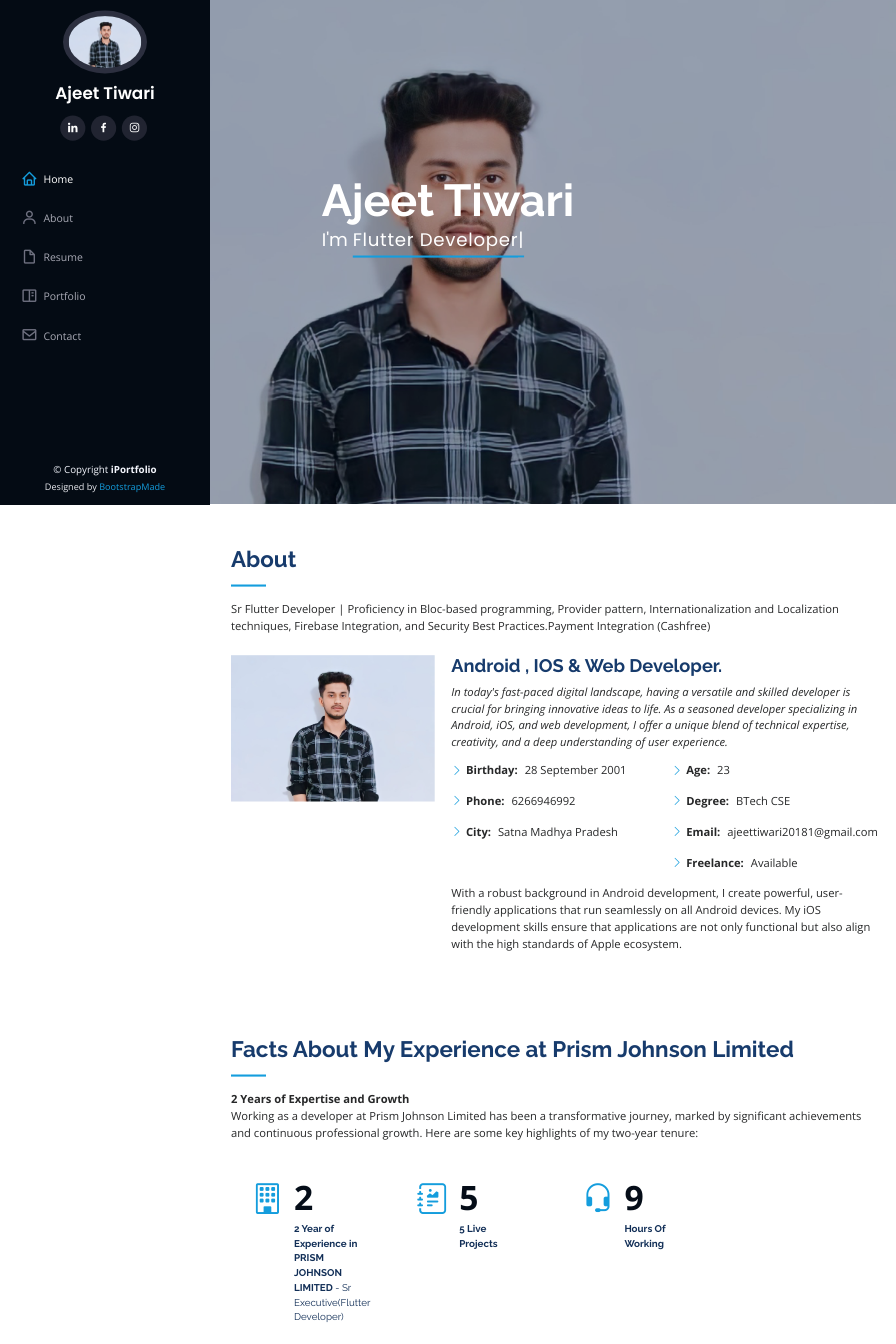
Repository: ajeettiwari-2809/iPortfolio
Page: index.html
The author's editor kept a copy of each file at every save. The page is drawn from the files as they stood at one save, then again after the next save.
The browser window is 1280 px wide. The pictures show the part of the page from y = 0 to 1920 px (the page is 5395 px tall), at 70% of full size.
A picture or video elsewhere on the page could not be fetched, so the positions and the page height are approximate. Backgrounds fixed to the window are drawn as part of the page.

Above is the page before, as saved 2024-06-05 15:16:11.

After the next save:
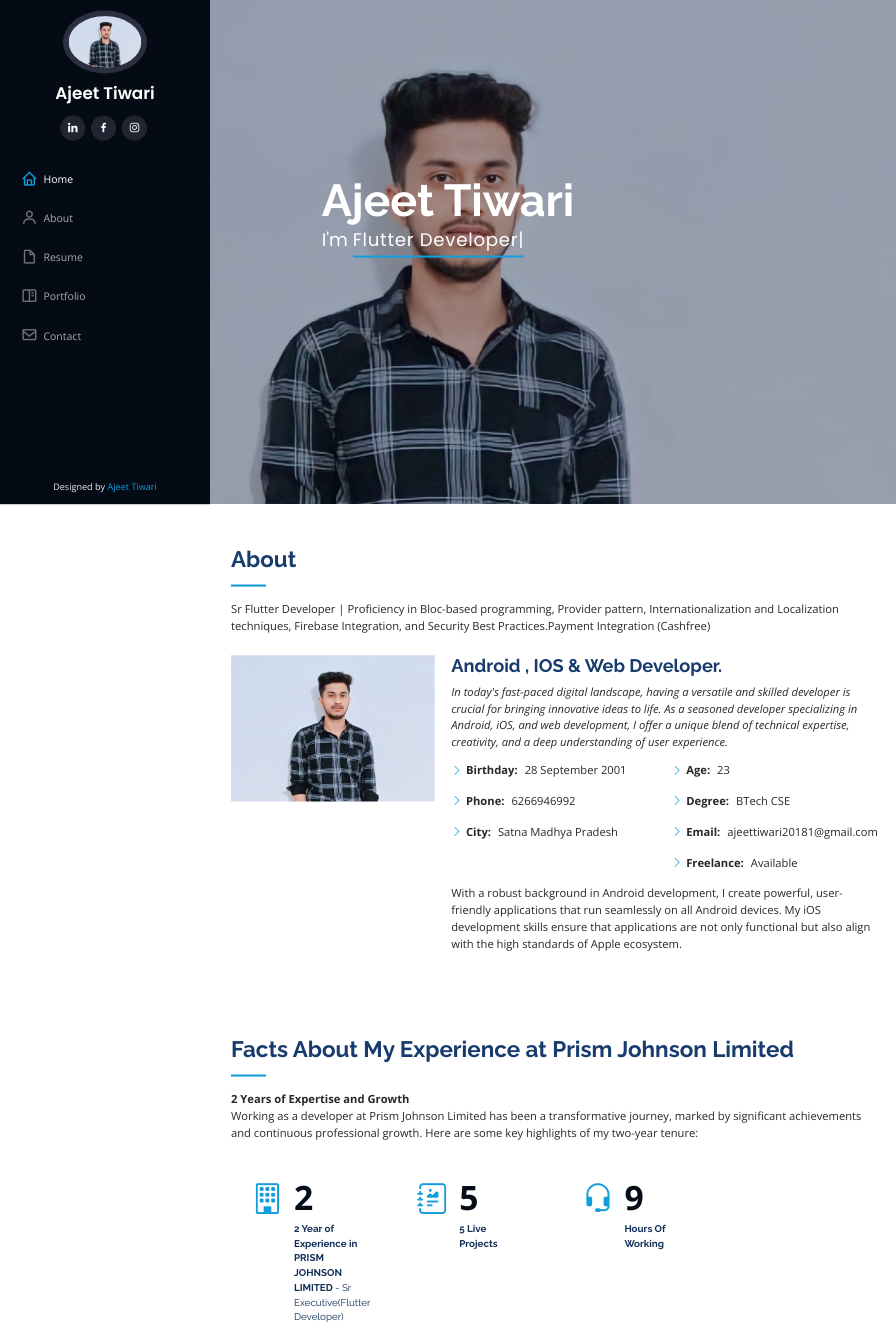
Saved 35 s later.
--- a/index.html
+++ b/index.html
@@ -404,15 +404,13 @@
   <!-- ======= Footer ======= -->
   <footer id="footer">
     <div class="container">
-      <div class="copyright">
-        &copy; Copyright <strong><span>iPortfolio</span></strong>
-      </div>
+
       <div class="credits">
         <!-- All the links in the footer should remain intact. -->
         <!-- You can delete the links only if you purchased the pro version. -->
         <!-- Licensing information: https://bootstrapmade.com/license/ -->
         <!-- Purchase the pro version with working PHP/AJAX contact form: https://bootstrapmade.com/iportfolio-bootstrap-portfolio-websites-template/ -->
-        Designed by <a href="https://bootstrapmade.com/">BootstrapMade</a>
+        Designed by <a href="https://bootstrapmade.com/">Ajeet Tiwari</a>
       </div>
     </div>
   </footer><!-- End  Footer -->
